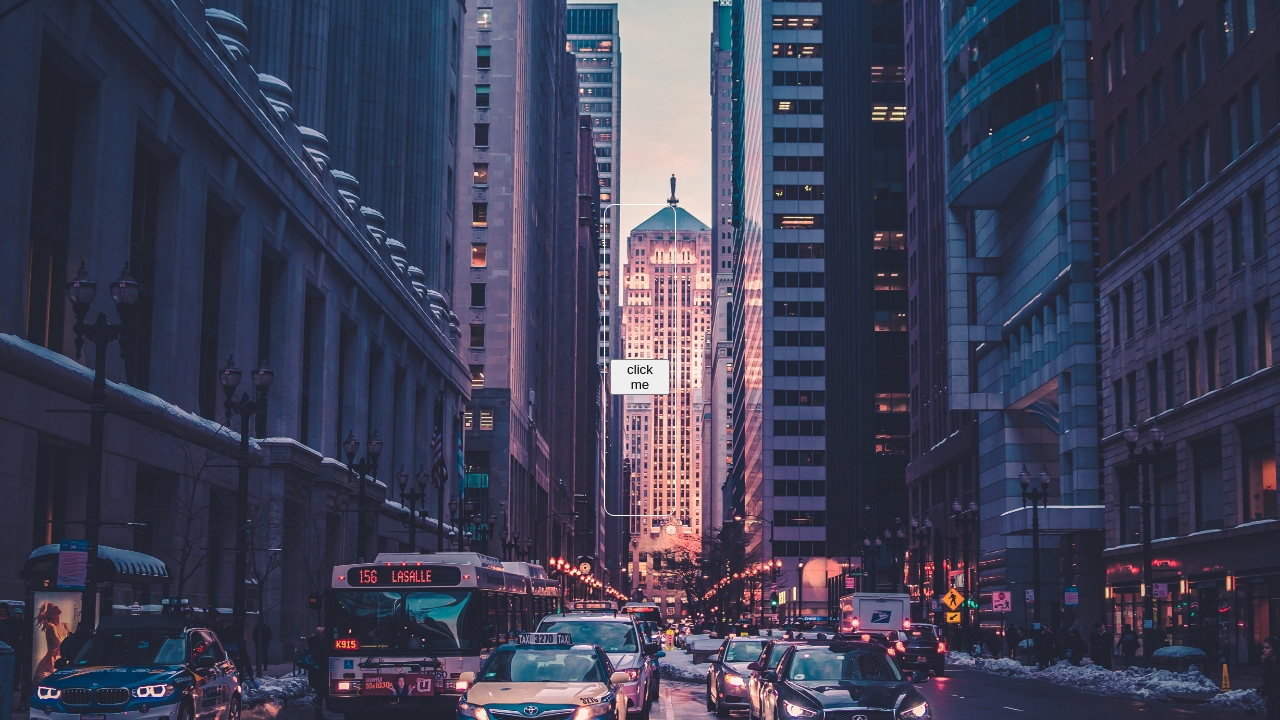
Repository: lamilekan263/random_advice
Page: /
An editor plug-in stored every save of this project. The page is shown before and after a run of saves, followed by the edit.
The browser window is 1280 px wide. The pictures show the whole page.
The page's requests for data from a server got no answer. The project was rebuilt for these pictures with package versions that can differ from the ones it lists, and the page was loaded fresh each time. No one was signed in, and anything a server would have sent is missing.

Above is the page before, as saved 2020-08-10 14:38:14.

### src/App.js
import React from 'react';
import './App.css';
import axios from 'axios'

class App extends React.Component{

  state = {
    advice : ''
  }
 componentDidMount(){
    this.getAdvice()
  }

  getAdvice = ()=>{
    axios.get('https://api.adviceslip.com/advice')
    .then((response) =>{
      const { advice } = response.data.slip;
      console.log(advice)
      this.setState({ advice })
    })

  }

  render(){
    return(
      <div className="app">
        <div className="card">
          <h1> {this.state.advice}</h1>

          <button onClick = {this.getAdvice}>click me</button>
        </div>
      </div>
    )
  }
}


export default App

### src/App.css
body{
  margin:0;
  padding: 0;
  background-image: url('./bg.jpg');
  background-size: cover;
  background-repeat: no-repeat;
  height:100vh;
  background-position: center;
  background-color: rgba(0,0,05 rgba(0,0,04));
  display:flex;
  justify-content: center;
  text-align:center;
  align-items: center;
}

.card{
  width:80%;
  margin: 0 auto;
  background-color: transparent;
  border:1px solid white;
  padding:5px;
  border-radius: 10px;
  height:300px;
  display:flex;
  flex-direction:column;
  justify-content: center;
  text-align:center;
  align-items: center;

}
h1{
  font-family: monospace;
}

Loaded but not shown: public/index.html (common file); src/index.js (common file); src/index.css (common file); src/serviceWorker.js (common file)

After the next 3 saves:
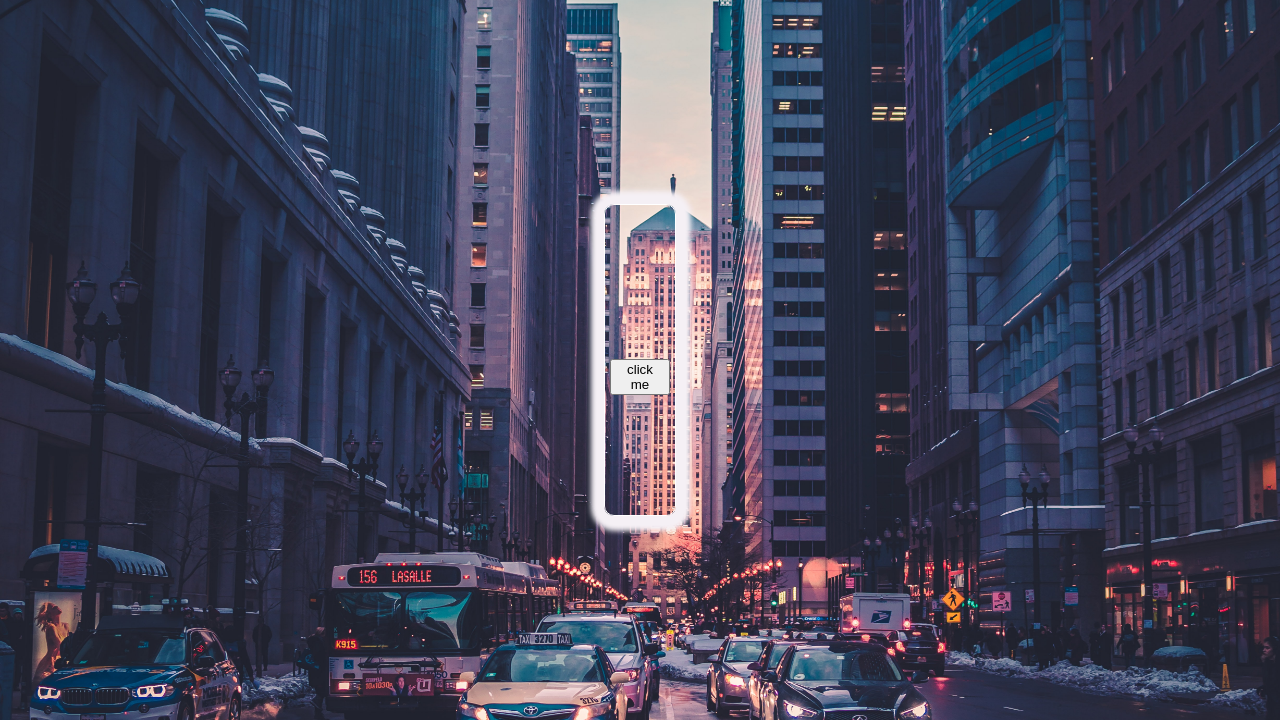
The 3 saves are shown as one change because they came seconds apart.
The last was saved 2 min 6 s later.
--- a/src/App.css
+++ b/src/App.css
@@ -26,6 +26,10 @@ body{
   justify-content: center;
   text-align:center;
   align-items: center;
+  -webkit-box-shadow: 1px 1px 5px 14px rgba(245,240,245,1);
+  -moz-box-shadow: 1px 1px 5px 14px rgba(245,240,245,1);
+  box-shadow: 1px 1px 5px 14px rgba(245,240,245,1);
+
 
 }
 h1{
